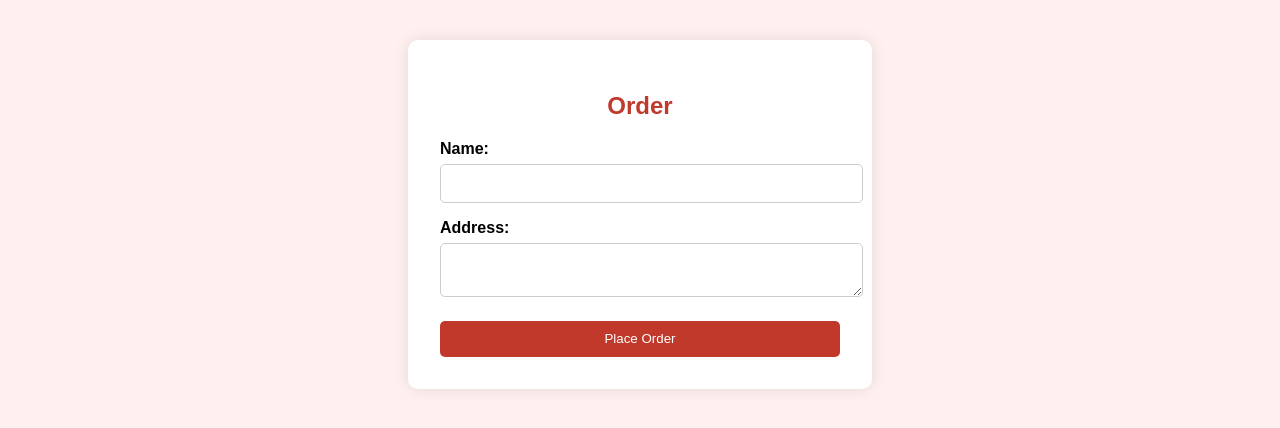
Repository: S12ahana/Food-Ordering-Website
Page: project1/order.html
The author's editor kept a copy of each file at every save. The page is drawn from the files as they stood at one save, then again after the next save.
The browser window is 1280 px wide. The pictures show the whole page.

Above is the page before, as saved 2025-07-30 18:15:46.

After the next save:
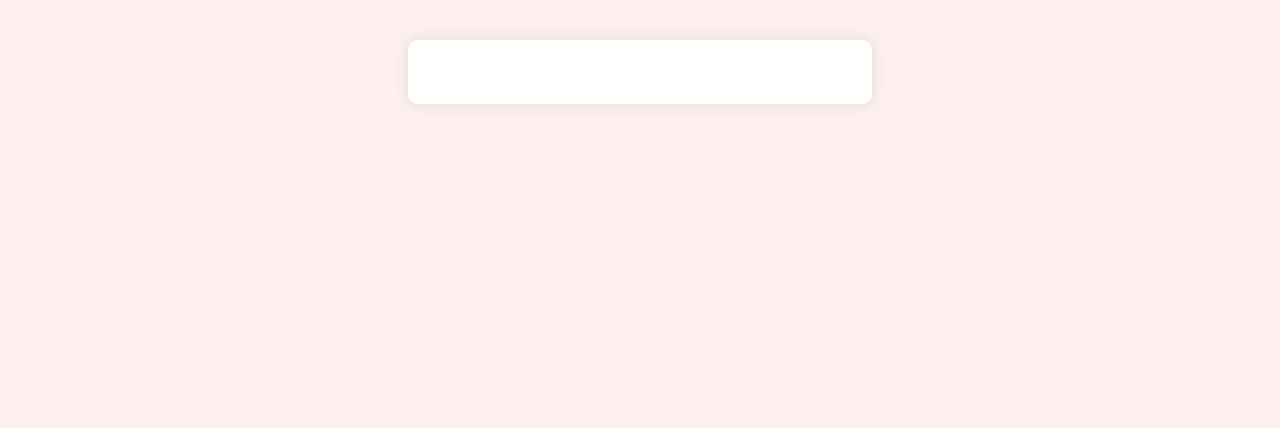
Saved 3 min 56 s later.
--- a/project1/order.html
+++ b/project1/order.html
@@ -47,48 +47,6 @@
 </head>
 <body>
   <div class="form-container">
-    <h2>Order <span id="dish-name"></span></h2>
-    <form id="orderForm">
-      <label>Name:</label>
-      <input type="text" name="name" required>
 
-      <label>Address:</label>
-      <textarea name="address" required></textarea>
-
-      <input type="hidden" name="dish" id="dishInput">
-
-      <button type="submit">Place Order</button>
-    </form>
-  </div>
-
-  <script>
-    // Get dish name from URL query param
-    const urlParams = new URLSearchParams(window.location.search);
-    const dish = urlParams.get('dish');
-    document.getElementById('dish-name').textContent = dish;
-    document.getElementById('dishInput').value = dish;
-
-    // Handle form submit
-    document.getElementById('orderForm').addEventListener('submit', async function(e) {
-      e.preventDefault();
-      const formData = new FormData(e.target);
-      const data = Object.fromEntries(formData.entries());
-
-      const response = await fetch('http://localhost:5000/api/orders', {
-        method: 'POST',
-        headers: {
-          'Content-Type': 'application/json'
-        },
-        body: JSON.stringify(data)
-      });
-
-      if (response.ok) {
-        alert("Order placed successfully!");
-        window.location.href = 'index.html';
-      } else {
-        alert("Error placing order.");
-      }
-    });
-  </script>
 </body>
 </html>

After the save that followed:
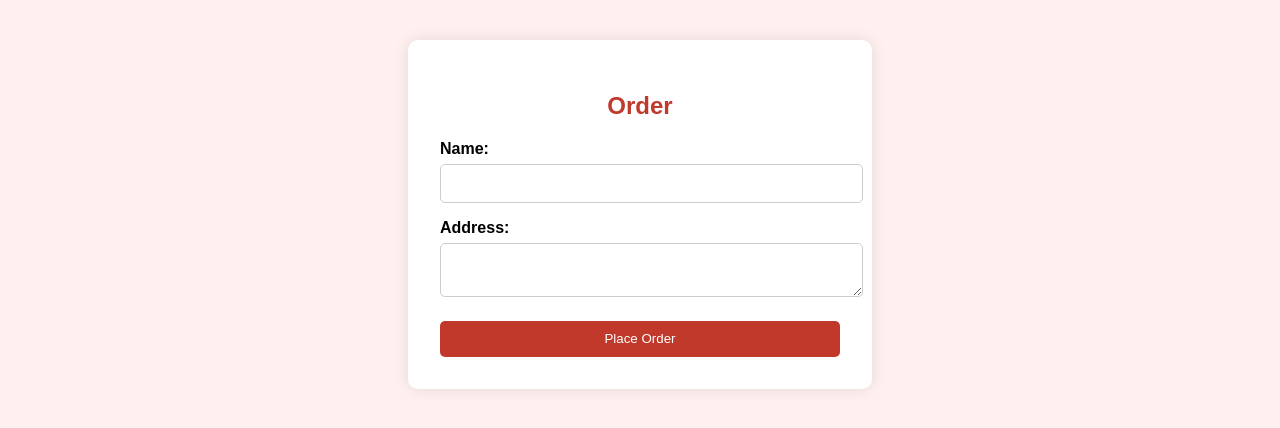
Saved 7 s later.
--- a/project1/order.html
+++ b/project1/order.html
@@ -47,6 +47,55 @@
 </head>
 <body>
   <div class="form-container">
+    <h2>Order <span id="dish-name"></span></h2>
+<form id="orderForm">
+  <label>Name:</label>
+  <input type="text" name="name" required>
+
+  <label>Address:</label>
+  <textarea name="address" required></textarea>
+
+  <input type="hidden" name="dish" id="dishInput">
+  <input type="hidden" name="price" id="priceInput">
+
+  <button type="submit">Place Order</button>
+</form>
+
+<script>
+  // Read dish name and price from URL
+  const params = new URLSearchParams(window.location.search);
+  const dish = params.get("dish");
+  const price = params.get("price");
+
+  // Update form fields
+  document.getElementById("dish-name").textContent = dish;
+  document.getElementById("dishInput").value = dish;
+  document.getElementById("priceInput").value = price;
+
+  document.getElementById('orderForm').addEventListener('submit', async function (e) {
+    e.preventDefault();
+
+    const name = e.target.name.value;
+    const address = e.target.address.value;
+
+    const order = {
+      name,
+      address,
+      items: [dish],
+      totalPrice: parseFloat(price)
+    };
+
+    const res = await fetch('http://localhost:5000/api/orders', {
+      method: 'POST',
+      headers: { 'Content-Type': 'application/json' },
+      body: JSON.stringify(order)
+    });
+
+    const data = await res.json();
+    alert("Order placed successfully!");
+    window.location.href = 'index.html';
+  });
+</script>
 
 </body>
 </html>
